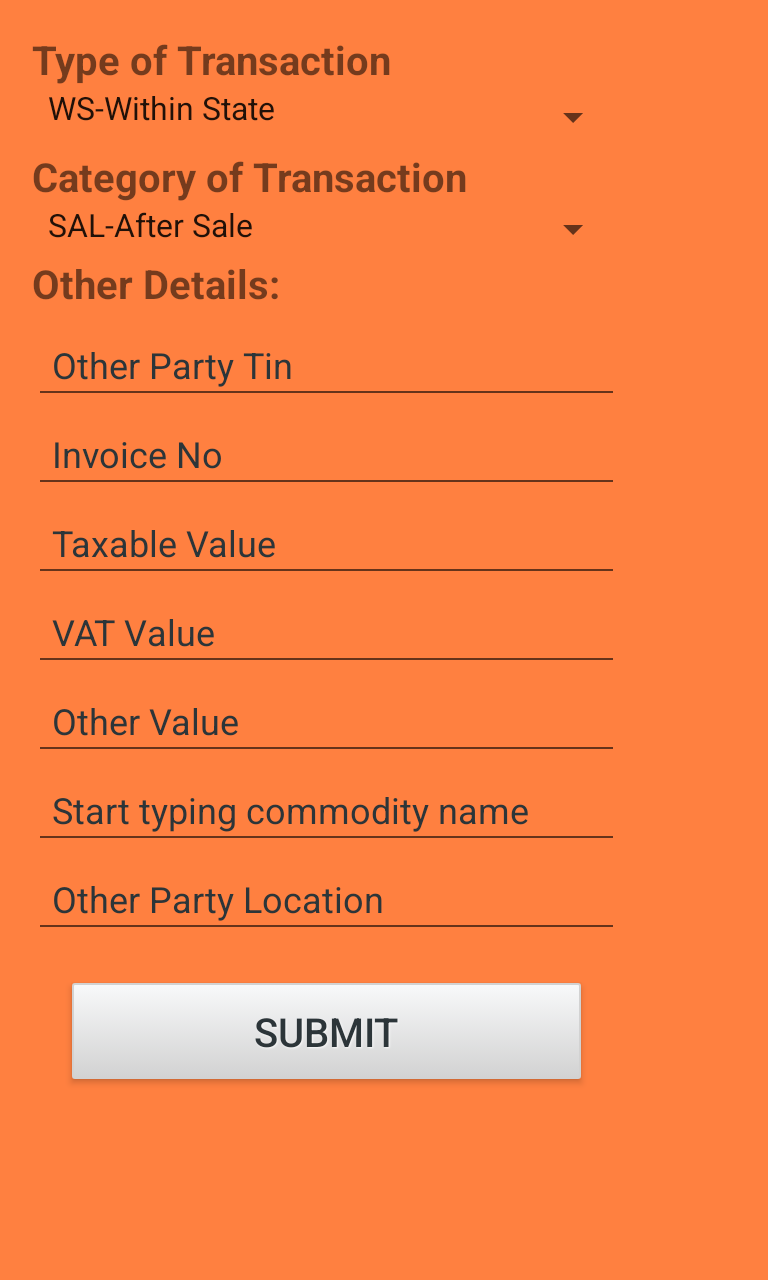
Repository: rajeefmk/Android_Projects
Layout: mSugam/res/layout/activity_main.xml
The author's editor kept a copy of each file at every save. The layout is drawn from the files as they stood at one save, then again after the next save.
Pictures or frames that could not be fetched are drawn as grey boxes. It is drawn on a 768 x 1280 px phone screen (xhdpi) without system bars, with theme AppTheme; the app's code is not run.

Above is the layout before, as saved 2014-10-14 05:28:58.

### mSugam/res/layout/activity_main.xml
<LinearLayout
    xmlns:android="http://schemas.android.com/apk/res/android"
    xmlns:tools="http://schemas.android.com/tools"
    xmlns:msugam="http://schemas.android.com/apk/res-auto"
    android:id="@+id/LinearLayout1"
    android:layout_width="match_parent"
    android:layout_height="match_parent"
    android:orientation="vertical"
    android:paddingBottom="@dimen/activity_vertical_margin"
    android:paddingLeft="@dimen/activity_horizontal_margin"
    android:paddingRight="@dimen/activity_horizontal_margin"
    android:paddingTop="@dimen/activity_vertical_margin"
    tools:context="us.jaaga.msugam.MainActivity$PlaceholderFragment"
    android:layout_gravity="center_horizontal"
	android:background="#FF8040"     >

        <!-- android:showDividers="middle" -->

     <ScrollView
        android:layout_width="wrap_content"
        android:layout_height="wrap_content"
        >
     <LinearLayout
        android:orientation="vertical"
        android:layout_width="fill_parent"
        android:layout_height="wrap_content"
          >
        <TextView
            android:layout_width="match_parent"
            android:layout_height="wrap_content"
            android:text="Type of Transaction"
            android:textStyle="bold"
            android:textSize="20sp"
            />

		<Spinner
		    android:id="@+id/SpinnerType"
		    android:layout_height="wrap_content"
		    android:layout_width="match_parent"
		    android:entries="@array/type_list"
		    android:prompt="@string/type"
		    android:paddingBottom="10sp"
		    />

		<TextView
            android:layout_width="match_parent"
            android:layout_height="wrap_content"
            android:text="Category of Transaction"
            android:textStyle="bold"
            android:textSize="20sp"/>

		<Spinner
		    android:id="@+id/SpinnerCategory"
		    android:layout_height="wrap_content"
		    android:layout_width="match_parent"
		    android:entries="@array/category_list"
		    android:prompt="@string/category"
		    android:paddingBottom="5sp"

		  />

		<TextView
            android:layout_width="match_parent"
            android:layout_height="wrap_content"
            android:text="Other Details:"
            android:textStyle="bold"
            android:textSize="20sp"
            android:paddingBottom="5sp"
            />


		<EditText
		    android:id="@+id/OtherPartyTin"
		    android:layout_height="wrap_content"
		    android:layout_width="match_parent"
		    android:inputType="textCapCharacters"
		    android:hint="@string/other_party_tin"
		    android:textColorHint="#2C3539"
		    android:padding="10dp"
			android:textColor="#ffffff"
					    />

		<EditText
		    android:id="@+id/InvoiceNo"
		    android:layout_height="wrap_content"
		    android:layout_width="match_parent"
		    android:inputType="textCapCharacters"
		    android:hint="@string/invoice_number"
		    android:textColorHint="#2C3539"
		    android:padding="10dp"
		    android:textColor="#ffffff"
		    />

		<EditText
		    android:id="@+id/TaxableVal"
		    android:layout_height="wrap_content"
		    android:layout_width="match_parent"
		    android:inputType="numberDecimal"
		    android:hint="@string/taxable_value"
		    android:textColorHint="#2C3539"
		    android:padding="10dp"
		    android:textColor="#ffffff"

		    />

		<EditText
		    android:id="@+id/VATVal"
		    android:layout_height="wrap_content"
		    android:layout_width="match_parent"
		    android:inputType="numberDecimal"
		    android:hint="@string/VAT_value"
		    android:textColorHint="#2C3539"
		    android:padding="10dp"
		    android:textColor="#ffffff"

		    />

		<EditText
		    android:id="@+id/OtherVal"
		    android:layout_height="wrap_content"
		    android:layout_width="match_parent"
		    android:inputType="numberDecimal"
		    android:hint="@string/other_value"
		    android:textColorHint="#2C3539"
		    android:padding="10dp"
		    android:textColor="#ffffff"
		    />

		<AutoCompleteTextView
		    android:id="@+id/CommCode"
		    android:layout_height="wrap_content"
		    android:layout_width="match_parent"
		    android:hint="@string/commodity_code"
		    android:textColorHint="#2C3539"
		    android:padding="10dp"
		    android:textColor="#ffffff"
		    />


		<EditText
		    android:id="@+id/Place"
		    android:layout_height="wrap_content"
		    android:layout_width="fill_parent"
		    android:inputType="textCapCharacters"
		    android:hint="@string/other_party_location"
		    android:textColorHint="#2C3539"
		    android:padding="10dp"
		    android:textColor="#ffffff"
		    />

		<Button
		    android:id="@+id/submitButton"
		    android:layout_height="wrap_content"
		    android:layout_width="fill_parent"
		    android:text="@string/submit_button"
		    android:layout_gravity="bottom"
		    style="@style/DefaultButtonText"
            android:background="@drawable/button_default_bg"
            android:textColor="#2C3539"

		    />
		</LinearLayout>
	</ScrollView>

</LinearLayout>

### mSugam/res/values/strings.xml
<?xml version="1.0" encoding="utf-8"?>
<resources>

    <string name="app_name">mSugam</string>
    <string name="action_settings">Settings</string>
    <string name="type">Choose Type of Transaction</string>
    <string name="category">Choose Category of Transaction</string>
    <string name="submit_button">Submit</string>
    <string name="splash_screen">mSugam</string>

    <!-- Field Strings -->

    <string name="other_party_tin">Other Party Tin</string>
    <string name="invoice_number">Invoice No</string>
    <string name="taxable_value">Taxable Value</string>
    <string name="VAT_value">VAT Value</string>
    <string name="other_value">Other Value</string>
    <string name="commodity_code">Start typing commodity name</string>
    <string name="other_party_location">Other Party Location</string>

    <string-array name="type_list">
        <!-- <item>Choose Type of Transaction</item> -->
        <item>WS-Within State</item>
        <item>IS-Interstate State</item>
        <item>EX-Export</item>
        <item>IM-Import</item>
    </string-array>

    <string-array name="category_list">
        <!-- <item>Choose Category of Transaction</item> -->
        <item>SAL-After Sale</item>
        <item>PUR-After Purchase</item>
        <item>THP-To His Principal</item>
        <item>SGS-To Shop/Go down/Storage</item>
        <item>JRL-Job work/Return/Line Sales</item>
        <item>CSD-Cons. Sale(Despatch)</item>
        <item>CSR-Cons. Sale(Receipt)</item>
        <item>STD-Stock Transfer(Despatch)</item>
        <item>STR-Stock Transfer(Receipt)</item>
        <item>OTH-Others</item>
    </string-array>

    <string-array name="commodity_code">
        <item>ADHESIVES OF ALL KINDS</item>
		<item>AGRICULTURAL AND HORTICULTURAL IMPLEMENTS</item>
		<item>ANIMAL AND ITS PRODUCTS</item>
		<item>ARECANUT IN ALL FORMS</item>
		<item>ARMS AND EXPLOSIVES</item>
		<item>AUDIO, MUSIC AND VIDEO SYSTEMS/EQUIPMENTS/PARTS/CDS/CASSETTES/TAPES</item>
		<item>AERO/JET PLANES, HELICAOPTERS AND OTHER FLYING MACHINES/PARTS</item>
		<item>BABY FOODS AND FOOD SUPPLEMENTS</item>
		<item>BAKERY PRODUCTS AND CONFECTIONERY</item>
		<item>BATTERIES OF ALL KINDS AND PARTS</item>
		<item>BICYCLES AND PARTS</item>
		<item>BISCUITS</item>
		<item>BRICKS AND TILES OF ALL KINDS</item>
		<item>CARPETS</item>
		<item>CEMENT AND ITS PRODUCTS AND MIXTURES</item>
		<item>CEREALS AND PULSES</item>
		<item>CHEMICALS</item>
		<item>COAL AND COKE</item>
		<item>COFFEE SEEDS AND COFFEE</item>
		<item>COIR PRODUCTS</item>
		<item>COMPUTER OF ALL KINDS, PERIPHERALS,CONSUMABLES AND SOFTWARE</item>
		<item>COOLING SYSTEMS AND PARTS</item>
		<item>COTTON OF ALL KINDS</item>
		<item>DAIRY PRODUCTS</item>
		<item>DIESEL ENGINES AND PARTS</item>
		<item>DRY FRUITS OTHER THAN CASHEW</item>
		<item>CASHEW</item>
		<item>EDIBLE OILS INCLUDING VANASPATHI</item>
		<item>ELECTRICAL GOODS OF ALL KINDS (HOME/INDUSTRIAL)</item>
		<item>ELECTRONIC GOODS</item>
		<item>FERTILIZERS AND AGRO CHEMICALS</item>
		<item>FIBRE GLASS AND ITS ARTICLES</item>
		<item>FIRE FIGHTING EQUIPMENTS</item>
		<item>FIREWORKS</item>
		<item>FOOD AND DRINKS</item>
		<item>FOOTWEAR OF ALL KINDS AND ACCESSORIES</item>
		<item>FOREST PRODUCES</item>
		<item>FURNITURE OF ALL KINDS</item>
		<item>GLASS AND GLASS ARTICLES</item>
		<item>HANDICRAFTS OF METALS AND IVORY AND SANDALWOOD ARTICLES</item>
		<item>HARDWARE AND PAINTS</item>
		<item>ICE CREAM AND ICE</item>
		<item>INCENSE STICKS</item>
		<item>INDUSTRIAL GASES</item>
		<item>IRON AND STEEL AND ITEMS THEREOF</item>
		<item>SCRAP OF FERROUS AND NON-FERROUS METALS</item>
		<item>JAGGERY</item>
		<item>JEWELLERY AND ALL KINDS OF ARTICLES OF GOLD, SLIVER, PLATINUM</item>
		<item>KITCHEN-WARE (STOVES, FLASKS, CHINAWARE, CUTLERY, ETC)</item>
		<item>LEASING OF GOODS OF ALL KINDS</item>
		<item>LEATHER GOODS OF ALL KINDS EXCLUDING FOOTWEAR</item>
		<item>LIFTS AND ELEVATORS</item>
		<item>LOCOMOTIVES AND PARTS THEREOF</item>
		<item>MACHINERY AND PARTS</item>
		<item>MEDICINAL AND PHARMACEUTICAL PREPARATIONS , EQUIPMENTS</item>
		<item>MINERALS AND ORES</item>
		<item>AUTOMOBILES/MOTOR VEHICLES OF ALL KINDS AND PARTS THEREOF</item>
		<item>MUSICAL INSTRUMENTS</item>
		<item>NARCOTICS</item>
		<item>NON-EDIBLE OIL</item>
		<item>NON-FERROUS METALS (ALUMINIUM, BRONZE, COPPER, BRASS, ZINC, LEAD, MERCURY) AND THEIR PRODUCTS</item>
		<item>OIL SEEDS AND OIL CAKE</item>
		<item>COCONUT,COPRA AND DESICCATED COPRA</item>
		<item>OPTICAL GOODS (BINACULARS, SPECTACLES, SUNGLASSES, MICRO/TELE SCOPES)</item>
		<item>PACKING MATERIALS</item>
		<item>PAPER IN ALL FORMS AND PAPER WASTE</item>
		<item>PETROLEUM PRODUCTS</item>
		<item>PHOTO, FILMS, CAMERAS AND THEIR PARTS, PHOTO/CINEMATOGRAPHIC GOODS</item>
		<item>PIPES AND FITTINGS</item>
		<item>PLASTIC ARTICLES</item>
		<item>PLYWOOD AND OTHER SHEETS , BOARDS</item>
		<item>PRINTED MATERIALS</item>
		<item>PUMPS, PUMPSETS AND PARTS</item>
		<item>READYMADE GARMENTS, TEXTILE MADE UPs AND HOSIERY</item>
		<item>RECTIFIED SPIRIT AND OTHERS</item>
		<item>RENEWABLE ENERGY DEVICES AND BIO-FUELS</item>
		<item>ROOFING MATERIALS</item>
		<item>RUBBER ARTICLES</item>
		<item>SAND</item>
		<item>SANITARY GOODS AND FITTINGS</item>
		<item>SIGN BOARDS AND HOARDINGS</item>
		<item>SHIIPS AND BOATS</item>
		<item>SPICES</item>
		<item>CARDAMOM</item>
		<item>PEPPER</item>
		<item>SPORTS GOODS</item>
		<item>STATIONERY ARTICLES</item>
		<item>MARBLES , SLABS AND TILES</item>
		<item>GRANITE BLOCKS,SLABS AND TILES</item>
		<item>SUGAR AND SUGARCANE</item>
		<item>TEA</item>
		<item>TELEPHONES</item>
		<item>TEXTILES AND FABRICS</item>
		<item>TIMBER AND WOOD</item>
		<item>TOBACCO AND ITS PRODUCTS</item>
		<item>TOILET ARTICLES</item>
		<item>TOYS OF ALL KINDS</item>
		<item>WATCHES AND CLOCKS</item>
		<item>WEIGHTS AND MEASURES</item>
		<item>WORKS CONTRACT</item>
		<item>YARN</item>
		<item>OTHERS</item>

    </string-array>

    <style name="DefaultButtonText">
       <item name="android:layout_width">fill_parent</item>
        <item name="android:layout_height">wrap_content</item>
        <item name="android:textColor">#979797</item>
        <item name="android:gravity">center</item>
        <item name="android:layout_margin">20dp</item>
        <item name="android:textStyle">normal</item>
        <item name="android:textSize">20sp</item>
        <item name="android:shadowColor">#f9f9f9</item>
        <item name="android:shadowDx">1</item>
        <item name="android:shadowDy">1</item>
        <item name="android:shadowRadius">1</item>
    </style>

</resources>

Loaded but not shown: mSugam/res/values/styles.xml (common file); mSugam/res/values-v11/styles.xml (common file); mSugam/res/values-v14/styles.xml (common file); mSugam/res/values/dimens.xml (common file); mSugam/res/values-w820dp/dimens.xml (common file); mSugam/res/drawable-hdpi/button_default_bg.xml (common file)

After the next save:
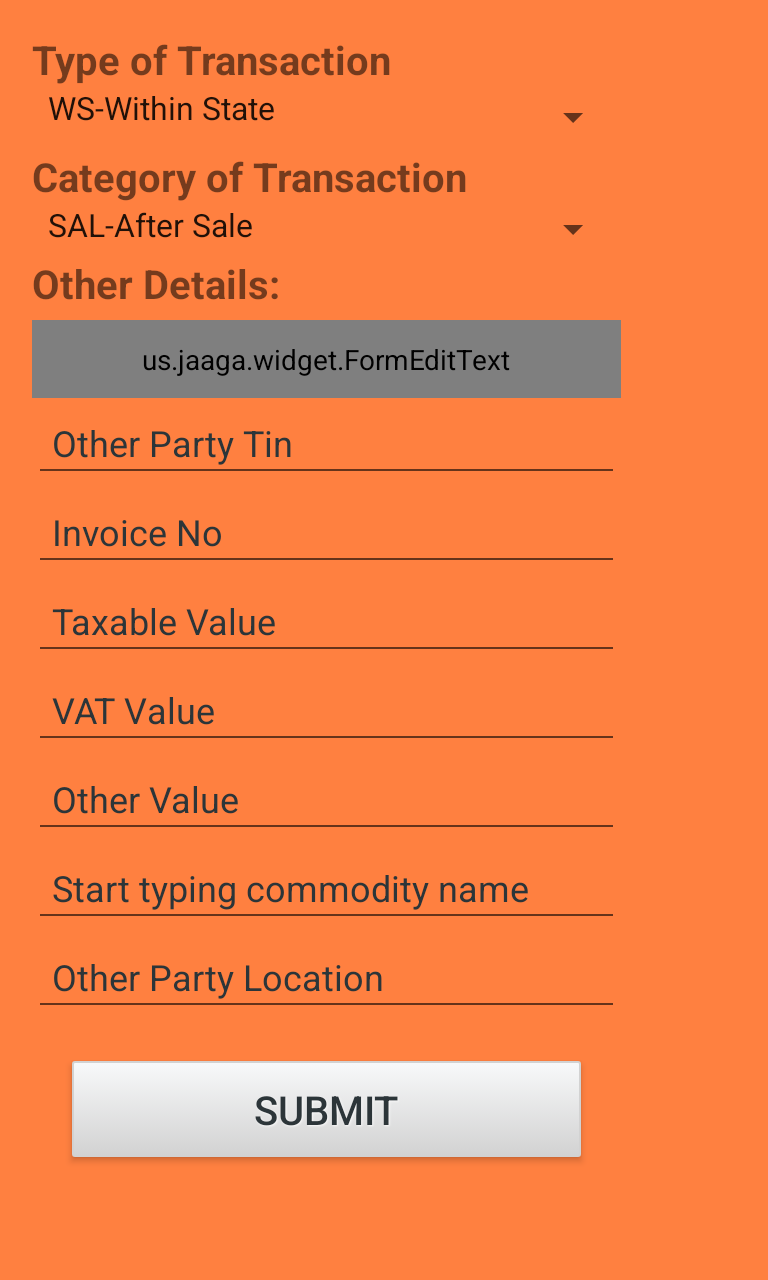
Saved 64 s later.
--- a/mSugam/res/layout/activity_main.xml
+++ b/mSugam/res/layout/activity_main.xml
@@ -67,7 +67,19 @@
             android:textSize="20sp"
             android:paddingBottom="5sp"
             />
+		<us.jaaga.widget.FormEditText
 
+		    android:id="@+id/OtherPartyTin"
+		    android:layout_height="wrap_content"
+		    android:layout_width="match_parent"
+		    android:inputType="textCapCharacters"
+		    android:hint="@string/other_party_tin"
+		    android:textColorHint="#2C3539"
+		    android:padding="10dp"
+			android:textColor="#ffffff"
+
+
+		    />
 
 		<EditText
 		    android:id="@+id/OtherPartyTin"
